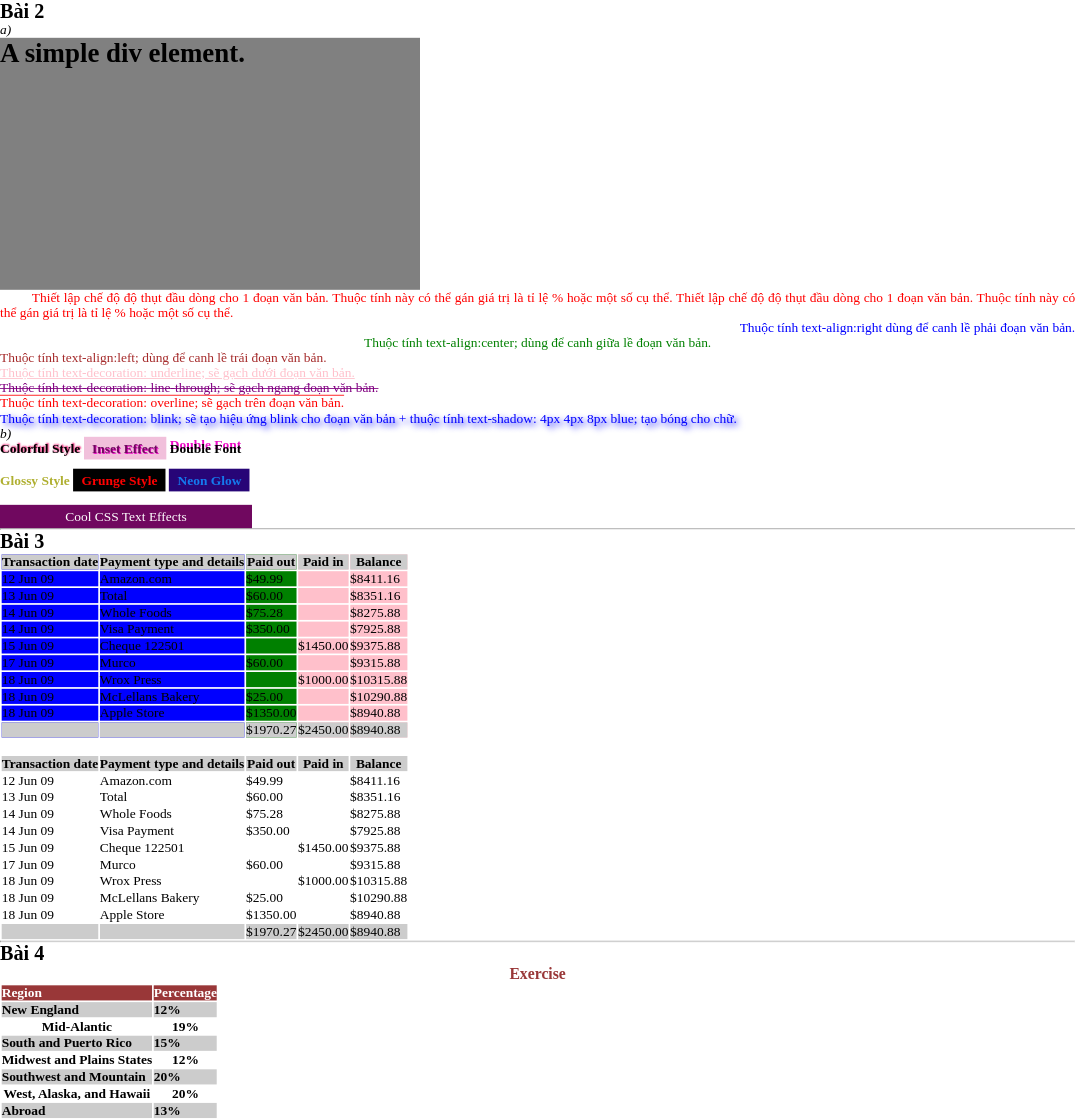
Repository: hoangnguyen1903/STT_21084321_NguyenHuyHoang_DHKHMT17B
Page: html/index.html
The author's editor kept a copy of each file at every save. The page is drawn from the files as they stood at one save, then again after the next save.
The browser window is 1280 px wide. The pictures show the whole page, at 84% of full size.

Above is the page before, as saved 2023-03-02 14:34:55.

### html/index.html
<!DOCTYPE html>
<html lang="en">
  <head>
    <meta charset="UTF-8" />
    <meta http-equiv="X-UA-Compatible" content="IE=edge" />
    <meta name="viewport" content="width=device-width, initial-scale=1.0" />
    <title>CSS</title>

    <style>
      * {
        box-sizing: border-box;
        padding: 0;
        margin: 0;
      }
      #bai4 > table {
        font-family: "Trebuchet MS, Arial, Helvetica, sans-serif";
      }

      #bai4 > h3 {
        color: #993738;
        text-align: center;
      }

      #bai4 > table > thead {
        color: #fff;
        background-color: #993738;
        text-align: left;
      }

      #bai4 > table > tbody > tr:nth-child(odd) {
        color: black;
        background-color: #ccc;
        text-align: left;
      }
    </style>
  </head>
  <body>
    <h2><b>Bài 2</b></h2>
    <p><i>a)</i></p>
    <div
      id="container"
      style="width: 500px; height: 300px; background-color: gray"
    >
      <h1>A simple div element.</h1>
    </div>
    <p style="text-indent: 1cm; color: red; text-align: justify">
      Thiết lập chế độ độ thụt đầu dòng cho 1 đoạn văn bản. Thuộc tính này có
      thể gán giá trị là tỉ lệ % hoặc một số cụ thể. Thiết lập chế độ độ thụt
      đầu dòng cho 1 đoạn văn bản. Thuộc tính này có thể gán giá trị là tỉ lệ %
      hoặc một số cụ thể.
    </p>
    <p style="text-align: right; color: blue">
      Thuộc tính text-align:right dùng để canh lề phải đoạn văn bản.
    </p>
    <p style="text-align: center; color: green">
      Thuộc tính text-align:center; dùng để canh giữa lề đoạn văn bản.
    </p>
    <p style="text-align: left; color: brown">
      Thuộc tính text-align:left; dùng để canh lề trái đoạn văn bản.
    </p>
    <p style="text-decoration: underline; color: pink">
      Thuộc tính text-decoration: underline; sẽ gạch dưới đoạn văn bản.
    </p>
    <p style="text-decoration: line-through; color: purple">
      Thuộc tính text-decoration: line-through; sẽ gạch ngang đoạn văn bản.
    </p>
    <p style="text-decoration: overline; color: red">
      Thuộc tính text-decoration: overline; sẽ gạch trên đoạn văn bản.
    </p>
    <p
      style="
        text-decoration: blink;
        text-align: justify;
        color: blue;
        text-shadow: 4px 4px 8px blue;
      "
    >
      Thuộc tính text-decoration: blink; sẽ tạo hiệu ứng blink cho đoạn văn bản
      + thuộc tính text-shadow: 4px 4px 8px blue; tạo bóng cho chữ.
    </p>
    <p><i>b)</i></p>
    <div>
      <span
        style="
          color: black;
          font-weight: bold;
          text-shadow: 1px -1px 2px rgba(238, 12, 106, 0.986);
        "
        >Colorful Style</span
      >
      <span
        style="
          color: #70085f;
          background: #f1c0db;
          padding: 5px 10px;
          font-weight: bold;
          text-shadow: #eb0bc5 1px 1px 0;
        "
        >Inset Effect</span
      >
      <span style="text-shadow: 0px -5px 0 #eb0bc5; font-weight: bold"
        >Double Font</span
      >
    </div>
    <div style="margin-top: 20px">
      <span
        style="
          color: rgb(175, 175, 48);
          text-shadow: 4px 2px 2px #fff;
          font-weight: bold;
        "
        >Glossy Style</span
      >
      <span
        style="
          color: red;
          background-color: black;
          padding: 5px 10px;
          font-weight: bold;
        "
        >Grunge Style</span
      >
      <span
        style="
          color: rgb(20, 122, 238);
          background-color: rgb(39, 5, 119);
          padding: 5px 10px;
          font-weight: bold;
        "
        >Neon Glow</span
      >
    </div>
    <div
      style="
        color: #fff;
        background-color: #70085f;
        text-align: center;
        padding: 5px 10px;
        margin-top: 20px;
        width: 300px;
      "
    >
      Cool CSS Text Effects
    </div>
    <hr />
    <h2><b>Bài 3</b></h2>
    <table>
      <colgroup>
        <col span="6" style="background-color: blue" />
        <col span="6" style="background-color: blue" />
        <col span="2" style="background-color: green" />
        <col span="2" style="background-color: pink" />
        <col span="3" style="background-color: pink" />
      </colgroup>
      <tr style="background-color: #ccc">
        <th colspan="6">Transaction date</th>
        <th colspan="6">Payment type and details</th>
        <th colspan="2">Paid out</th>
        <th colspan="2">Paid in</th>
        <th colspan="3">Balance</th>
      </tr>

      <tr>
        <td colspan="6">12 Jun 09</td>
        <td colspan="6">Amazon.com</td>
        <td colspan="2">$49.99</td>
        <td colspan="2"></td>
        <td colspan="3">$8411.16</td>
      </tr>
      <tr>
        <td colspan="6">13 Jun 09</td>
        <td colspan="6">Total</td>
        <td colspan="2">$60.00</td>
        <td colspan="2"></td>
        <td colspan="3">$8351.16</td>
      </tr>
      <tr>
        <td colspan="6">14 Jun 09</td>
        <td colspan="6">Whole Foods</td>
        <td colspan="2">$75.28</td>
        <td colspan="2"></td>
        <td colspan="3">$8275.88</td>
      </tr>
      <tr>
        <td colspan="6">14 Jun 09</td>
        <td colspan="6">Visa Payment</td>
        <td colspan="2">$350.00</td>
        <td colspan="2"></td>
        <td colspan="3">$7925.88</td>
      </tr>
      <tr>
        <td colspan="6">15 Jun 09</td>
        <td colspan="6">Cheque 122501</td>
        <td colspan="2"></td>
        <td colspan="2">$1450.00</td>
        <td colspan="3">$9375.88</td>
      </tr>
      <tr>
        <td colspan="6">17 Jun 09</td>
        <td colspan="6">Murco</td>
        <td colspan="2">$60.00</td>
        <td colspan="2"></td>
        <td colspan="3">$9315.88</td>
      </tr>
      <tr>
        <td colspan="6">18 Jun 09</td>
        <td colspan="6">Wrox Press</td>
        <td colspan="2"></td>
        <td colspan="2">$1000.00</td>
        <td colspan="3">$10315.88</td>
      </tr>
      <tr>
        <td colspan="6">18 Jun 09</td>
        <td colspan="6">McLellans Bakery</td>
        <td colspan="2">$25.00</td>
        <td colspan="2"></td>
        <td colspan="3">$10290.88</td>
      </tr>
      <tr>
        <td colspan="6">18 Jun 09</td>
        <td colspan="6">Apple Store</td>
        <td colspan="2">$1350.00</td>
        <td colspan="2"></td>
        <td colspan="3">$8940.88</td>
      </tr>

      <tr style="background-color: #ccc">
        <td colspan="6"></td>
        <td colspan="6"></td>
        <td colspan="2">$1970.27</td>
        <td colspan="2">$2450.00</td>
        <td colspan="3">$8940.88</td>
      </tr>
    </table>
    <br />
    <table>
      <tr style="background-color: #ccc">
        <th colspan="6">Transaction date</th>
        <th colspan="6">Payment type and details</th>
        <th colspan="2">Paid out</th>
        <th colspan="2">Paid in</th>
        <th colspan="3">Balance</th>
      </tr>

      <tr>
        <td colspan="6">12 Jun 09</td>
        <td colspan="6">Amazon.com</td>
        <td colspan="2">$49.99</td>
        <td colspan="2"></td>
        <td colspan="3">$8411.16</td>
      </tr>
      <tr>
        <td colspan="6">13 Jun 09</td>
        <td colspan="6">Total</td>
        <td colspan="2">$60.00</td>
        <td colspan="2"></td>
        <td colspan="3">$8351.16</td>
      </tr>
      <tr>
        <td colspan="6">14 Jun 09</td>
        <td colspan="6">Whole Foods</td>
        <td colspan="2">$75.28</td>
        <td colspan="2"></td>
        <td colspan="3">$8275.88</td>
      </tr>
      <tr>
        <td colspan="6">14 Jun 09</td>
        <td colspan="6">Visa Payment</td>
        <td colspan="2">$350.00</td>
        <td colspan="2"></td>
        <td colspan="3">$7925.88</td>
      </tr>
      <tr>
        <td colspan="6">15 Jun 09</td>
        <td colspan="6">Cheque 122501</td>
        <td colspan="2"></td>
        <td colspan="2">$1450.00</td>
        <td colspan="3">$9375.88</td>
      </tr>
      <tr>
        <td colspan="6">17 Jun 09</td>
        <td colspan="6">Murco</td>
        <td colspan="2">$60.00</td>
        <td colspan="2"></td>
        <td colspan="3">$9315.88</td>
      </tr>
      <tr>
        <td colspan="6">18 Jun 09</td>
        <td colspan="6">Wrox Press</td>
        <td colspan="2"></td>
        <td colspan="2">$1000.00</td>
        <td colspan="3">$10315.88</td>
      </tr>
      <tr>
        <td colspan="6">18 Jun 09</td>
        <td colspan="6">McLellans Bakery</td>
        <td colspan="2">$25.00</td>
        <td colspan="2"></td>
        <td colspan="3">$10290.88</td>
      </tr>
      <tr>
        <td colspan="6">18 Jun 09</td>
        <td colspan="6">Apple Store</td>
        <td colspan="2">$1350.00</td>
        <td colspan="2"></td>
        <td colspan="3">$8940.88</td>
      </tr>

      <tr style="background-color: #ccc">
        <td colspan="6"></td>
        <td colspan="6"></td>
        <td colspan="2">$1970.27</td>
        <td colspan="2">$2450.00</td>
        <td colspan="3">$8940.88</td>
      </tr>
    </table>
    <hr />
    <h2><b>Bài 4</b></h2>
    <div id="bai4">
      <h3>Exercise</h3>
      <table>
        <thead>
          <tr>
            <th span="8">Region</th>
            <th span="6">Percentage</th>
          </tr>
        </thead>
        <tbody>
          <tr>
            <th span="8">New England</th>
            <th span="6">12%</th>
          </tr>
          <tr>
            <th span="8">Mid-Alantic</th>
            <th span="6">19%</th>
          </tr>
          <tr>
            <th span="8">South and Puerto Rico</th>
            <th span="6">15%</th>
          </tr>
          <tr>
            <th span="8">Midwest and Plains States</th>
            <th span="6">12%</th>
          </tr>
          <tr>
            <th span="8">Southwest and Mountain</th>
            <th span="6">20%</th>
          </tr>
          <tr>
            <th span="8">West, Alaska, and Hawaii</th>
            <th span="6">20%</th>
          </tr>
          <tr>
            <th span="8">Abroad</th>
            <th span="6">13%</th>
          </tr>
        </tbody>
      </table>
    </div>
  </body>
</html>

After the next save:
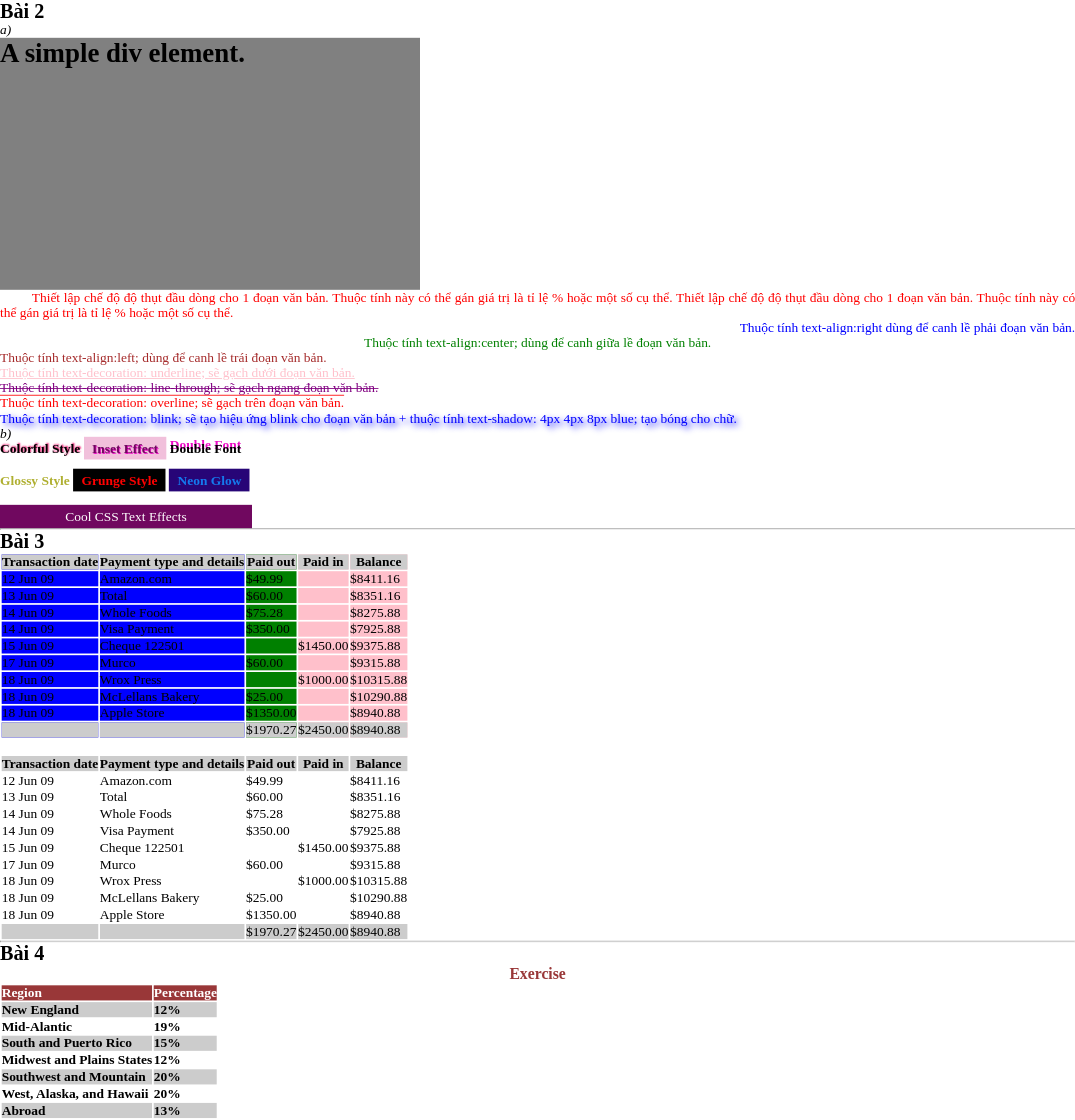
Saved 61 s later.
--- a/html/index.html
+++ b/html/index.html
@@ -30,6 +30,10 @@
       #bai4 > table > tbody > tr:nth-child(odd) {
         color: black;
         background-color: #ccc;
+        text-align: left;
+      }
+      #bai4 > table > tbody > tr:nth-child(even) {
+        color: black;
         text-align: left;
       }
     </style>
